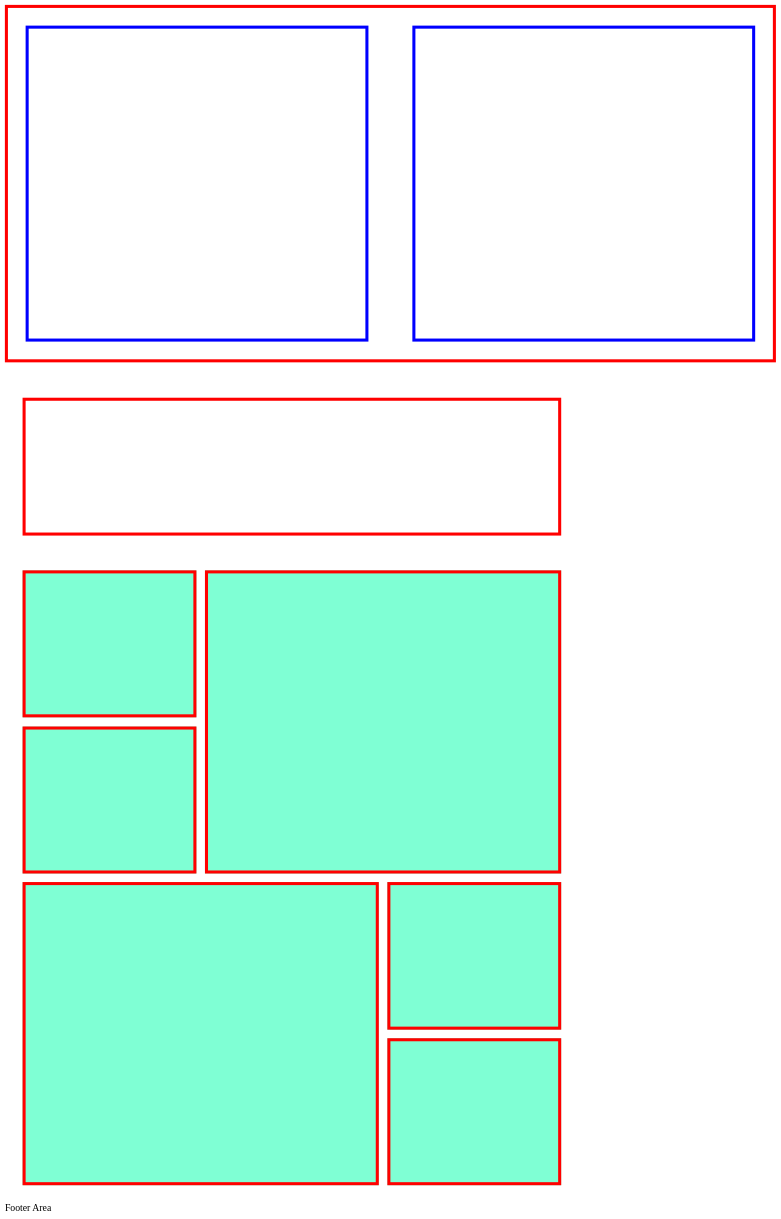
Repository: BwesewB/Brutalist-Website
Page: /
An editor plug-in stored every save of this project. The page is shown before and after the next save, followed by the edit.
The browser window is 1280 px wide. The pictures show the whole page, at 61% of full size.
The project was rebuilt for these pictures with package versions that can differ from the ones it lists, and the page was loaded fresh each time. The framework's server and built-in components were replaced by stand-ins that run in the browser. Also part of the build but not shown: next.config.mjs.

Above is the page before, as saved 2024-02-03 21:10:07.

### pages/index.js
import Head from "next/head";
import Image from "next/image";
import styles from "@/styles/Home.module.css";
import { useState } from "react";
import CoverPage from "@/components/CoverPage";
import BottomDisplay from "@/components/BottomDisplay";

export default function Home() {

  const[input,setInput] = useState();


  const classFilters = {
    1: 'Magician',
    2: 'Theif',
    4: 'Warrior',
    8: 'Bowman',
    16: 'Pirate',
    32: 'Nothing'
  }

const getClassStyle = flagValue => (input & flagValue) > 0 ? { backgroundColor: 'yellow'} : null;

  return (
    <>
      <Head>
        <title>Brutalism</title>
        <meta name="description" content="Brutalist Website" />
        <meta name="viewport" content="width=device-width, initial-scale=1" />
        <link rel="icon" href="/favicon.ico" />
      </Head>
      <main className={`${styles.main}`}>
        <div className={styles.titlePage}>
          <div className={styles.graphic}></div>
          <div className={styles.displayPanel}></div>
        </div>
        <div className={styles.bottomDisplay}>
          <BottomDisplay className={styles.bottomWidthSpan} />
        </div>
      </main>
      <footer>
        Footer Area
      </footer>
    </>
  );
}

{/* <div class="inputArea">
<input
id="input"
type="text"
placeholder="bitmask decimal value"
value={input}
onChange={event => setInput(event.target.value)}
/>
</div>
<div class="posterArea" >                                                             need to change to posters
<table>
  <tbody>
    {
      Object.keys(classFilters).map(item => (
        <tr key={item} style={getClassStyle(item)}>
          <td>{item}</td>
          <td>{classFilters[item]}</td>
        </tr>
      ))
    }
  </tbody>
</table>
</div> */}

### styles/globals.css
:root{

}

### styles/Home.module.css
.main {
  display:grid;
  grid-template-columns: repeat(4, 1fr);
  gap:4vh;
  box-sizing: border-box;
}

/* <div class="titlePage">
<div class="graphic"></div>
<div class="inputArea"></div>
</div>
<div class="displayArea">
<div class="posterOne"></div>
<div class="posterTwo"></div>
<div class="posterThree"></div>
<div class="posterFour"></div>
<div class="posterFive"></div>
<div class="posterSix"></div>
</div> */

.titlePage{
  height:80vh;
  grid-column: 1/5;
  border: 5px solid red;
/*---------------------------------------------------------------------------------------------------------*/
  display:grid;
  grid-template-columns: repeat(2, 1fr);
  gap:2vh;
}

.graphic, .displayPanel{
  border: 5px solid blue;
  margin:4vh;
}

.graphic{
  grid-column: 1/2;
}

.displayPanel{
  grid-column: 2/3;
  grid-template-columns: repeat(2, 1fr);
}


/*---------------------------------------------------------------------------------------------------------*/


.bottomDisplay{
  grid-column: 1/5;
  display:grid;
  grid-template-columns: repeat(4, 1fr);
  gap:4vh;
}

### components/CoverPage/index.js
export default function CoverPage() {

}

### components/BottomDisplay/index.js
import styles from './BottomDisplay.module.css'
export default function BottomDisplay() {

    return(
        <div className={styles.bottomWidthSpan}>
            <div className={styles.inputArea}></div>
            <div className={styles.displayArea}>
                <div className={styles.posterOne}></div>
                <div className={styles.posterTwo}></div>
                <div className={styles.posterThree}></div>
                <div className={styles.posterFour}></div>
                <div className={styles.posterFive}></div>
                <div className={styles.posterSix}></div>
            </div>
        </div>
    )

}

### components/BottomDisplay/BottomDisplay.module.css
.inputArea{
    border: 5px solid red;
    margin:4vh;
    grid-column: 4/5;
    grid-row:1/2;
    height:30vh;
}

.displayArea {
    display: grid;
    grid-template-columns: repeat(3, 1fr);
    grid-template-rows: repeat(4, 1fr);
    gap: 2vh;
    height:140vh;
    padding: 4vh;
  }

.posterOne,
.posterTwo,
.posterThree,
.posterFour,
.posterFive,
.posterSix {
    background-color: aquamarine;
    border: 5px solid red;
}

.posterTwo{
    grid-column: 2/4;
    grid-row: 1/3;
}

.posterFour{
    grid-column: 1/3;
    grid-row: 3/5;
}

.bottomWidthSpan {
    grid-column: 1/4;
  }

Loaded but not shown: pages/_app.js (common file); pages/_document.js (common file)

After the next save:
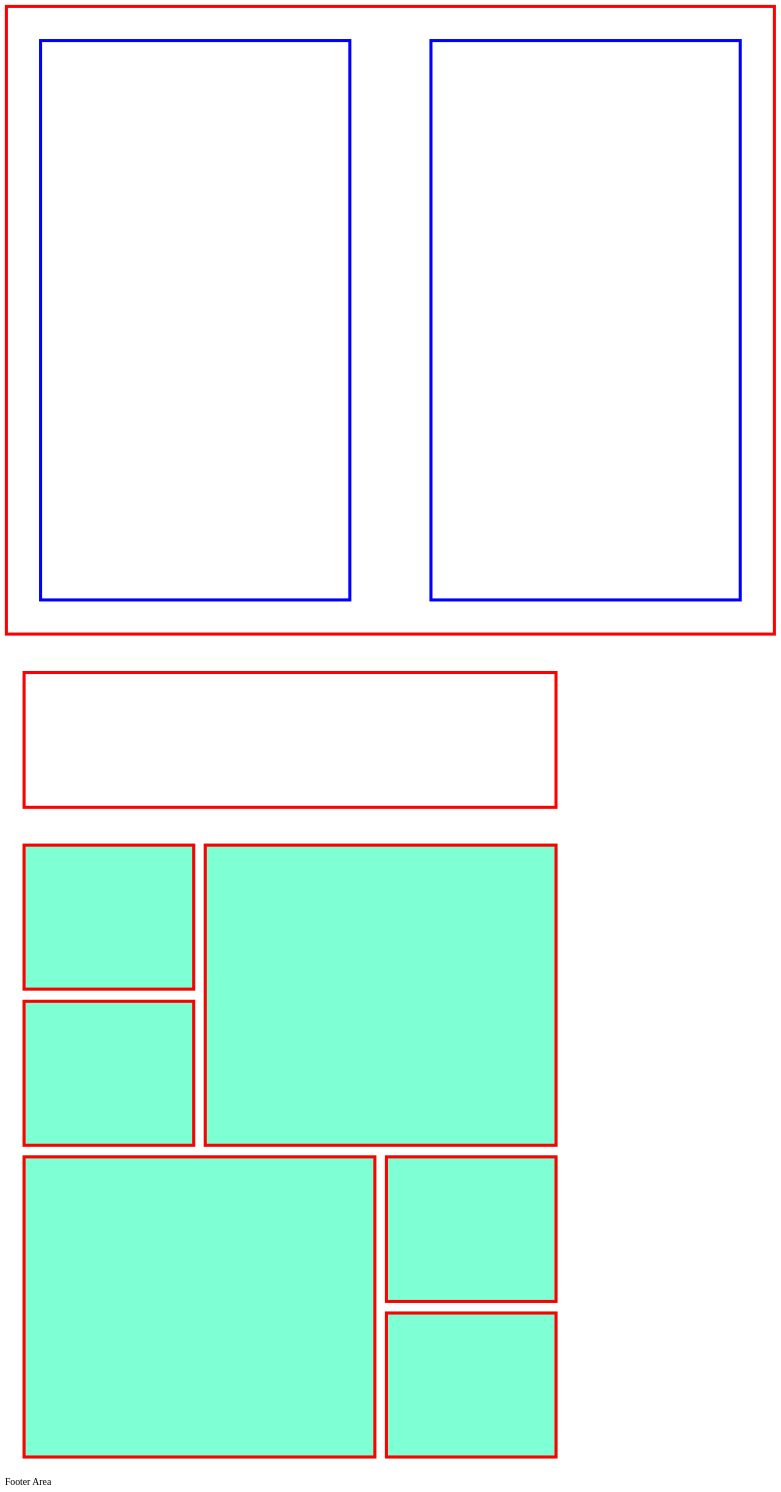
Saved 31 s later.
--- a/styles/Home.module.css
+++ b/styles/Home.module.css
@@ -19,18 +19,18 @@
 </div> */
 
 .titlePage{
-  height:80vh;
+  height:80vw;
   grid-column: 1/5;
   border: 5px solid red;
 /*---------------------------------------------------------------------------------------------------------*/
   display:grid;
   grid-template-columns: repeat(2, 1fr);
-  gap:2vh;
+  gap:2vw;
 }
 
 .graphic, .displayPanel{
   border: 5px solid blue;
-  margin:4vh;
+  margin:4vw;
 }
 
 .graphic{
@@ -50,5 +50,5 @@
   grid-column: 1/5;
   display:grid;
   grid-template-columns: repeat(4, 1fr);
-  gap:4vh;
+  gap:4vw;
 }
